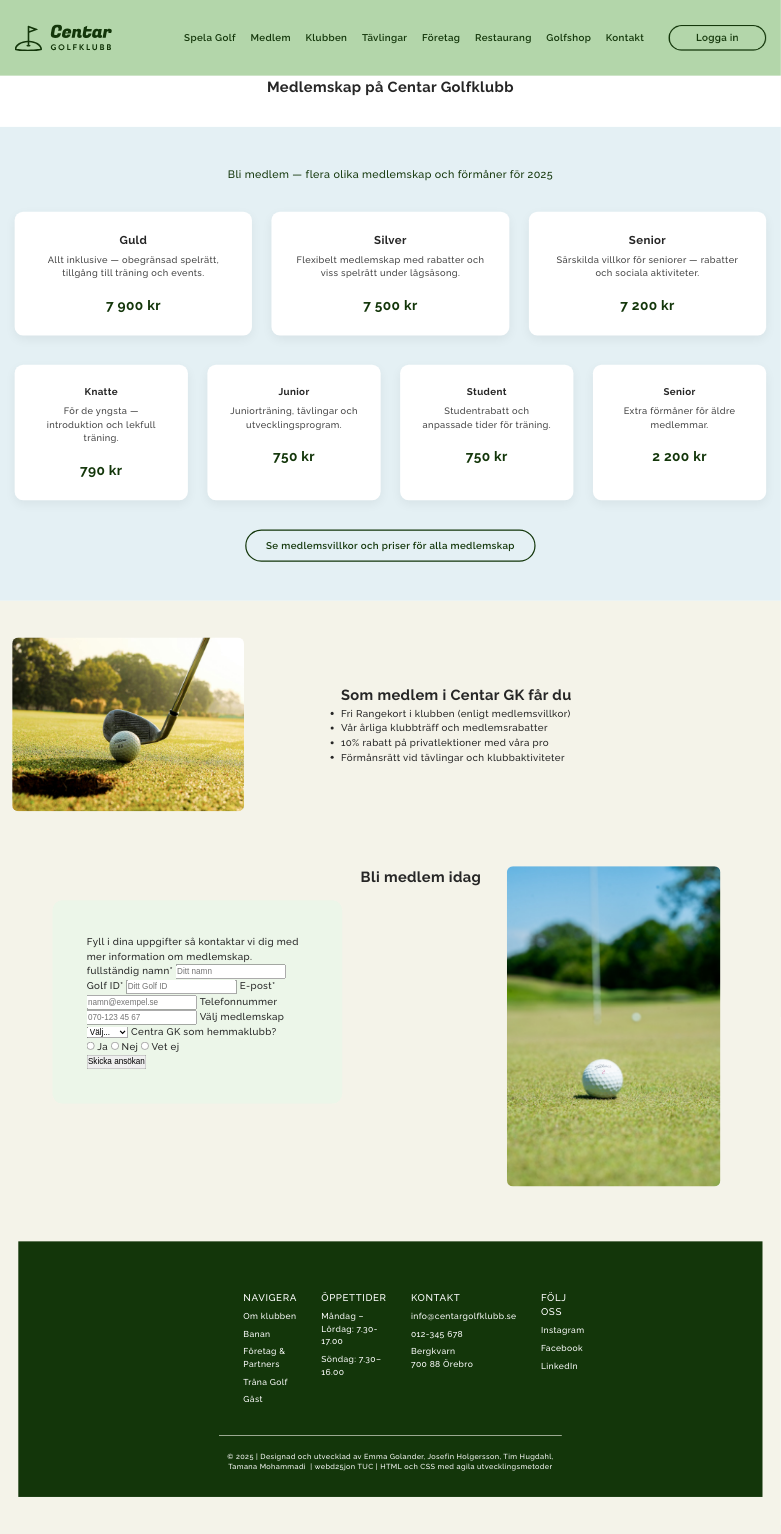
Repository: Tamana831/GolfklubbCentar
Page: Medlem.html
An editor plug-in stored every save of this project. The page is shown before and after the next save, followed by the edit.
The browser window is 1280 px wide. The pictures show the whole page, at 61% of full size.

Above is the page before, as saved 2025-10-24 01:39:37.

After the next save:
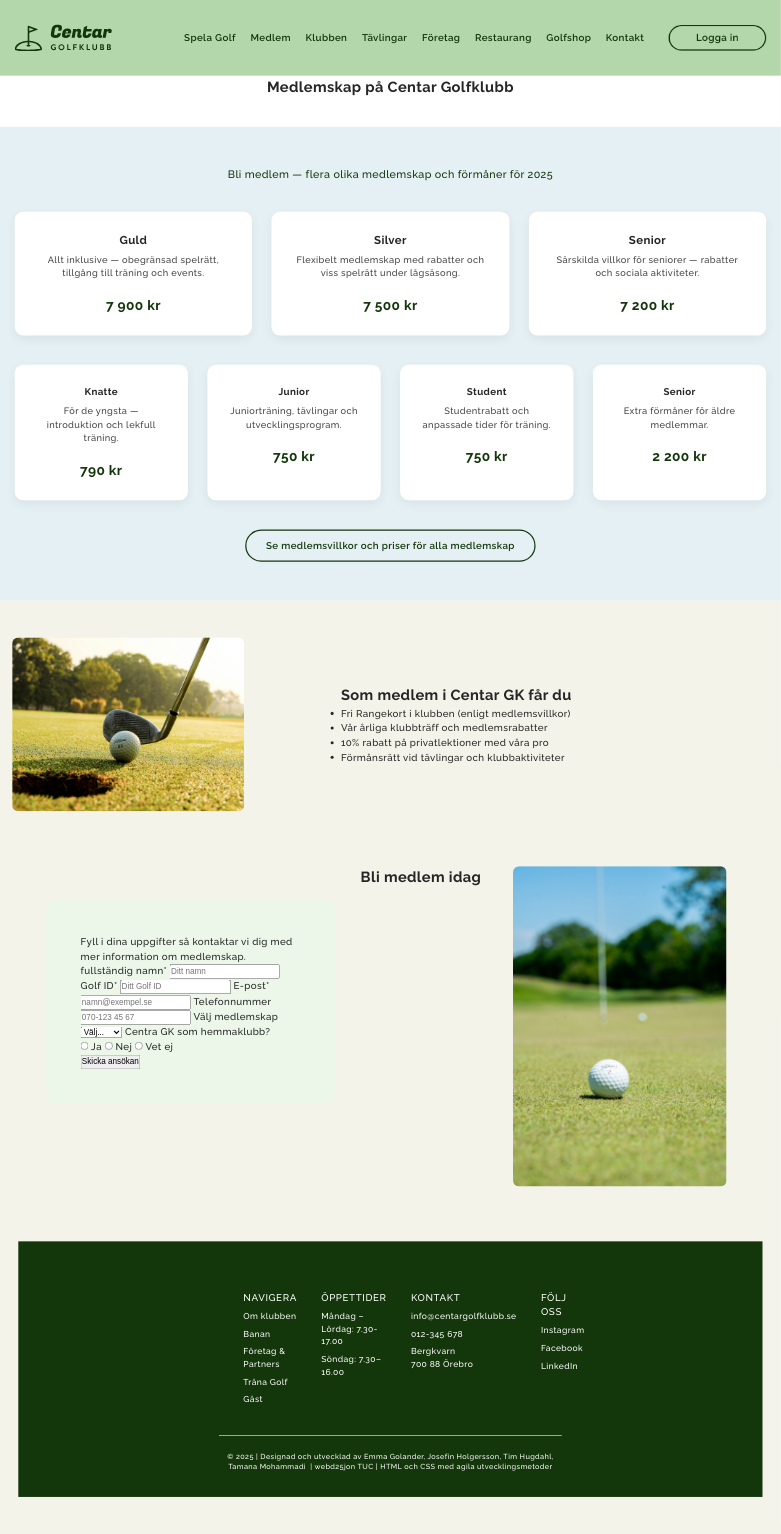
Saved 53 s later.
--- a/styles/Medlem.css
+++ b/styles/Medlem.css
@@ -125,13 +125,7 @@
   flex-wrap: wrap;
 }
 
-.membership-apply {
-  display: flex;
-  flex-wrap: wrap;
-  justify-content: center;
-  align-items: flex-start;
-  gap: 30px;
-}
+
 
 .membership-apply .apply-box {
   flex: 1 1 400px;
